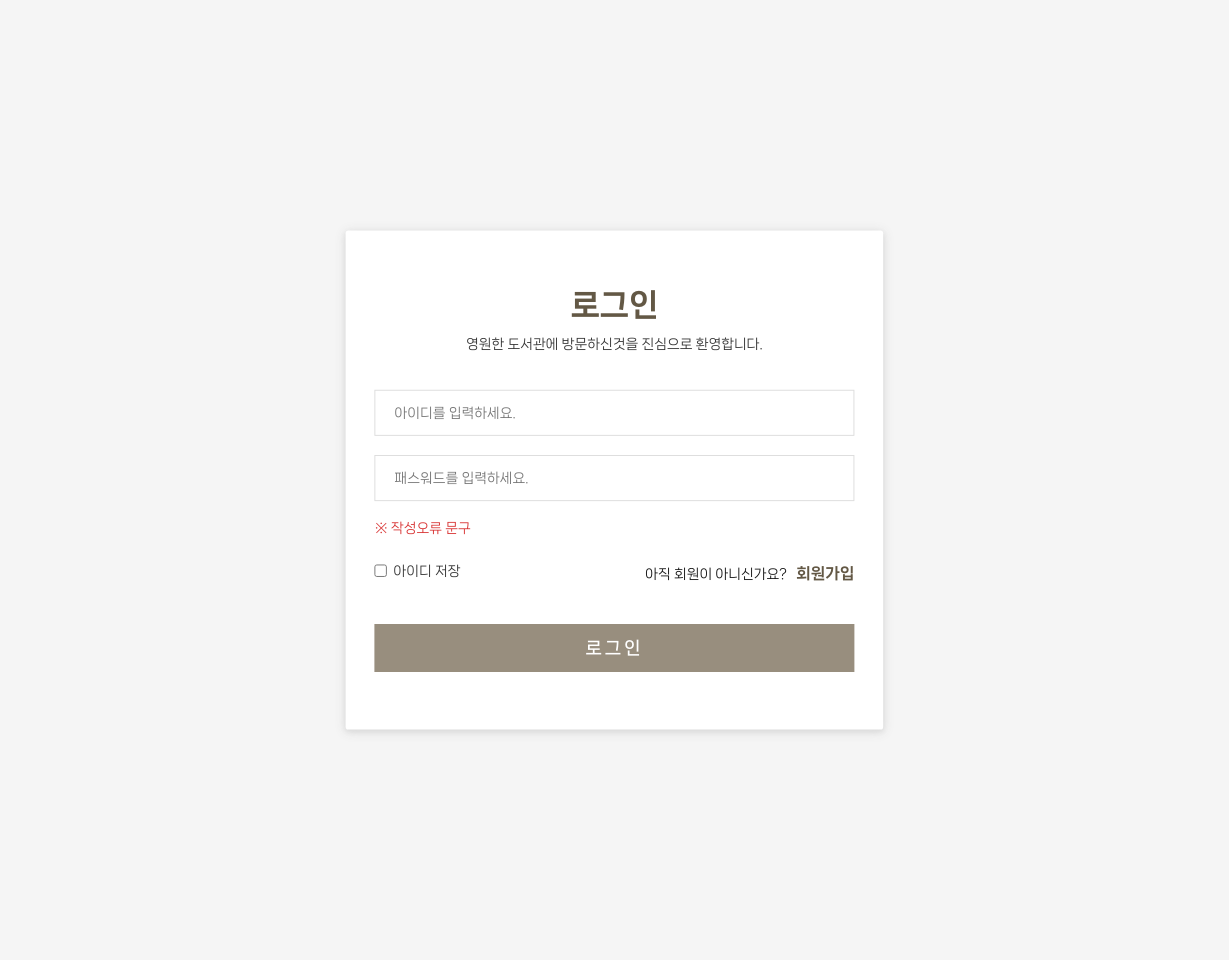
Repository: PacJ/spring_project
Page: http://localhost/spring_project/WEB-INF/views/user/login.jsp
An editor plug-in stored every save of this project. The page is shown before and after the next save, followed by the edit.
The browser window is 1280 px wide. The pictures show the whole page, at 96% of full size.
The page is served by Tomcat 9. Nobody is signed in. Other server files are loaded and not shown. The template is opened directly, without the code that normally fills it, so the values that code supplies are empty.

Above is the page before, as saved 2023-03-07 02:17:43.
Console error: SyntaxError: Invalid or unexpected token

### spring_project/src/main/webapp/WEB-INF/views/user/login.jsp
<%@ page language="java" contentType="text/html; charset=UTF-8"
    pageEncoding="UTF-8"%>
<!DOCTYPE html>
<head>
<meta charset="UTF-8">
<title>Insert title here</title>
<script  src="https://ajax.googleapis.com/ajax/libs/jquery/3.6.0/jquery.min.js"></script>
<script>
#({dto.user=null}) = event.stoppropogation

#({dto.userPw.matches=}) =
</script>
<!-- style -->
<link href="${pageContext.request.contextPath}/resources/css/sign.css"
    rel="stylesheet">
    <link href="${pageContext.request.contextPath}/resources/css/main.css"
    rel="stylesheet">
    <link href="${pageContext.request.contextPath}/resources/css/common.css"
    rel="stylesheet">
</head>
	<!-- 공통팝업 -->
    <section class="popup_back">
        <article class="popup">
            <p>팝업내용</p>
            <button>확인</button>
        </article>
    </section>
	 <!-- login -->

        <section class="sign_area">
            <article class="inner">
                <h2>로그인</h2>
                <p>영원한 도서관에 방문하신것을 진심으로 환영합니다.</p>
                <form class="login_form" action="login.do" method="post">
                    <input type="text" name="userId" placeholder="아이디를 입력하세요." />
                    <input type="password" name="userPw" placeholder="패스워드를 입력하세요." />
                    <p class="on">※ 작성오류 문구</p>
                    <div>
                        <input type="checkbox" id="save_id" value="">
                        <label for="save_id">&nbsp;&nbsp;아이디 저장</label>
                        <p>아직 회원이 아니신가요?<a href="#">회원가입</a></p>
                    </div>
                    <button type="submit">로그인</button>
                </form>
            </article>
        </section>

### spring_project/src/main/webapp/resources/css/sign.css
@charset "UTF-8";
/* sign area */
.sign_area {
  width: 100%;
  height: auto;
  min-height: 100%;
  box-sizing: border-box;
  padding: 240px 0;
  background-color: #f5f5f5;
}

.sign_area .inner {
  width: 560px;
  height: auto;
  padding: 60px 30px;
  overflow: hidden;
  box-sizing: border-box;
  background-color: #fff;
  margin: auto;
  box-shadow: 0 2px 12px 0 #dbdbdb, 0 2px 5px 0 #dbdbdb;
  border-radius: 3px;
}

.sign_area .inner > h2 {
  font-family: 'neo_eb';
  font-size: 32px;
  color: #635845;
  margin-bottom: 15px;
  text-align: center;
}

.sign_area .inner > p {
  font-size: 14px;
  color: #333;
  margin-bottom: 40px;
  text-align: center;
}

/* 로그인 */

.sign_area .inner .login_form > input {
  width: 100%;
  height: 48px;
  border: 1px solid #ddd;
  color: #666;
  box-sizing: border-box;
  padding: 5px 20px;
  font-size: 14px;
  margin-bottom: 20px;
}

.sign_area .inner .login_form > input:focus {
  outline: 2px solid #988e7e;
}

.sign_area .inner .login_form > p {
  font-size: 14px;
  color: #d83333;
  margin-bottom: 30px;
  display: none;
}

.sign_area .inner .login_form > p.on {
  display: block;
}

.sign_area .inner .login_form > div {
  width: 100%;
  height: auto;
  display: inline-block;
}

.sign_area .inner .login_form > div label {
  font-size: 14px;
  color: #333;
}

.sign_area .inner .login_form > div label,
.sign_area .inner .login_form > div input {
  float: left;
  user-select: none;
  cursor: pointer;
  line-height: 14px;
}

.sign_area .inner .login_form > div p {
  float: right;
  font-size: 14px;
}

.sign_area .inner .login_form > div p a {
  font-size: 16px;
  margin-left: 10px;
  color: #635845;
  font-family: 'neo_eb';
}

.sign_area .inner .login_form > button {
  width: 100%;
  margin-top: 40px;
  font-size: 18px;
  background-color: #988e7e;
  color: #fff;
  padding: 15px 0;
  font-family: 'neo_b';
  letter-spacing: 3px;
}

/* 회원가입 */

.sign_area .inner .signup_form ul li {
  width: 100%;
  height: auto;
  margin-bottom: 20px;
  display: inline-block;
}

.sign_area .inner .signup_form ul li > * {
  float: left;
}

.sign_area .inner .signup_form ul li h4 {
  font-family: 'neo_b';
  width: 100%;
  height: auto;
  font-size: 14px;
  font-weight: 700;
  color: #333;
  margin-bottom: 10px;
}

.sign_area .inner .signup_form ul li input {
  width: 100%;
  height: 48px;
  border: 1px solid #ddd;
  color: #666;
  box-sizing: border-box;
  padding: 5px 20px;
  font-size: 14px;
}

.sign_area .inner .signup_form ul li input:focus {
  outline: 2px solid #988e7e;
}

.sign_area .inner .signup_form ul li p {
  width: 100%;
  font-size: 14px;
  color: #d83333;
  display: none;
  margin-top: 10px;
}

.sign_area .inner .signup_form ul li p.on {
  display: block;
}

.sign_area .inner .signup_form ul .id_input input {
  width: calc(50% - 5px);
  margin-right: 10px;
}

.sign_area .inner .signup_form ul .id_input button {
  width: calc(50% - 5px);
  height: 48px;
  font-size: 16px;
  box-sizing: border-box;
  border: 2px solid #988e7e;
  background-color: #fff;
  color: #635845;
  font-family: 'neo_b';
}

.sign_area .inner .signup_form ul .id_input button:hover {
  background-color: #ebe6dd;
}

.sign_area .inner .signup_form ul .addr_input input {
  margin-bottom: 10px;
}

.sign_area .inner .signup_form ul .addr_input input:first-of-type {
  width: calc(50% - 5px);
  margin-right: 10px;
}

.sign_area .inner .signup_form ul .addr_input button {
  width: calc(50% - 5px);
  height: 48px;
  font-size: 16px;
  box-sizing: border-box;
  border: 2px solid #988e7e;
  background-color: #fff;
  color: #635845;
  font-family: 'neo_b';
}

.sign_area .inner .signup_form ul .addr_input button:hover {
  background-color: #ebe6dd;
}

.sign_area .inner .signup_form ul .addr_input input:read-only {
  background-color: #eee;
  cursor: no-drop;
}

.sign_area .inner .signup_form ul .sex_input button {
  width: 50%;
  height: 48px;
  border: 2px solid #635845;
  background-color: #fff;
  color: #635845;
  font-family: 'neo_b';
  font-size: 16px;
  text-align: center;
  box-sizing: border-box;
  line-height: 45px;
  letter-spacing: 3px;
}

.sign_area .inner .signup_form ul .sex_input button.active {
  background-color: #635845;
  color: #fff;
}

.sign_area .inner .signup_form ul .sex_input label:nth-of-type(1) {
  border-right: 1px solid #635845;
}

.sign_area .inner .signup_form ul .sex_input label:nth-of-type(2) {
  border-left: 1px solid #635845;
}

.sign_area .inner .signup_form > button {
  width: 100%;
  margin-top: 40px;
  font-size: 18px;
  background-color: #988e7e;
  color: #fff;
  padding: 15px 0;
  font-family: 'neo_b';
  letter-spacing: 3px;
}

@media (max-width: 700px) {
  /* sign area */
  .sign_area {
    width: 100%;
    height: auto;
    min-height: 100%;
    box-sizing: border-box;
    padding: 80px 15px;
    background-color: #f5f5f5;
  }

  .sign_area .inner {
    width: 100%;
    padding: 60px 15px;
  }

  .sign_area .inner > h2 {
    font-size: 24px;
  }

  .sign_area .inner > p {
    font-size: 11px;
    margin-bottom: 25px;
  }

  /* 로그인 */

  .sign_area .inner .login_form > input {
    height: 40px;
    margin-bottom: 15px;
  }

  .sign_area .inner .login_form > input:focus {
    outline: 2px solid #988e7e;
  }

  .sign_area .inner .login_form > p {
    font-size: 11px;
  }

  .sign_area .inner .login_form > div label {
    font-size: 11px;
  }

  .sign_area .inner .login_form > div label,
  .sign_area .inner .login_form > div input {
    line-height: 13px;
  }

  .sign_area .inner .login_form > div p {
    font-size: 11px;
  }

  .sign_area .inner .login_form > div p a {
    font-size: 11px;
  }

  .sign_area .inner .login_form > button {
    margin-top: 30px;
    font-size: 14px;
    padding: 10px 0;
  }

  /* 회원가입 */

  .sign_area .inner .signup_form ul li h4 {
    font-size: 13px;
  }

  .sign_area .inner .signup_form ul li input {
    height: 40px;
    padding: 5px 10px;
    font-size: 13px;
  }

  .sign_area .inner .signup_form ul li p {
    font-size: 11px;
  }

  .sign_area .inner .signup_form ul .id_input input {
    width: calc(50% - 5px);
    margin-right: 10px;
  }

  .sign_area .inner .signup_form ul .id_input button {
    height: 40px;
    font-size: 13px;
  }

  .sign_area .inner .signup_form ul .addr_input button {
    height: 40px;
    font-size: 13px;
  }

  .sign_area .inner .signup_form ul .sex_input button {
    height: 40px;
    font-size: 13px;
    line-height: 38px;
    letter-spacing: 3px;
  }

  .sign_area .inner .signup_form > button {
    margin-top: 40px;
    font-size: 14px;
    padding: 10px 0;
  }
}

### spring_project/src/main/webapp/resources/css/common.css
@charset "UTF-8";
/* font list */
@font-face {
  font-family: 'neo_l';
  font-display: auto;
  font-weight: 400;
  src: url('../assets/font/NanumSquareNeoOTF-aLt.otf') format('OpenType');
}
@font-face {
  font-family: 'neo_r';
  font-display: auto;
  font-weight: 500;
  src: url('../../assets/font/NanumSquareNeoOTF-bRg.otf') format('OpenType');
}
@font-face {
  font-family: 'neo_b';
  font-display: auto;
  font-weight: 600;
  src: url('../../assets/font/NanumSquareNeoOTF-cBd.otf') format('OpenType');
}
@font-face {
  font-family: 'neo_eb';
  font-display: auto;
  font-weight: 700;
  src: url('../../assets/font/NanumSquareNeoOTF-dEb.otf') format('OpenType');
}
@font-face {
  font-family: 'neo_hb';
  font-display: auto;
  font-weight: 800;
  src: url('../../assets/font/NanumSquareNeoOTF-eHv.otf') format('OpenType');
}

/* css reset */
* {
  margin: 0;
  padding: 0;
  font-family: 'neo_r';
  font-size: 16px;
  color: #141414;
  transition: 0.3s;
}

html,
body {
  width: 100%;
  height: auto;

  background-color: #ffffff;
}

a,
a:link,
a:hover,
a:active,
a:visited {
  color: #141414;
  text-decoration: none;
  cursor: pointer;
}

ul,
ul li {
  list-style: none;
}

button,
button:focus {
  border: 0;
  background-color: #ffffff;
  outline: 0;
  cursor: pointer;
}

.wrap {
  position: relative;
  width: 100%;
  height: auto;
  min-width: 1600px;
  min-height: calc(100% - 120px);
}

/* mob menu ani */
.menu-trigger {
  display: none;
}

/* pc 로그인_회원가입 영역 */
.sign_area_pc {
  width: 100%;
  height: auto;
  background-color: #dddddd;
}

.sign_area_pc p {
  width: 1400px;
  height: auto;
  font-family: 'neo_r';
  font-size: 16px;
  color: #666666;
  text-align: right;
  padding: 12px 0 12px 0;
  margin: 0 auto;
}

.sign_area_pc p span {
  font-family: 'neo_r';
  font-size: 14px;
  color: #666666;
  text-align: right;
  margin: 0 20px 0 20px;
}

.sign_area_pc p a {
  font-family: 'neo_r';
  font-size: 16px;
  color: #666666;
  text-align: right;
}

.sign_area_mob {
  display: none;
}

/* pc nav */
.nav_area {
  position: sticky;
  top: 0px;
  width: 100%;
  height: 80px;
  background-color: #ffffff;
  z-index: 1000;
  box-shadow: 0 8px 8px -4px #00000022;
}

.nav_area .inner {
  width: 1400px;
  height: 80px;
  margin: 0 auto;
  clear: both;
}

.nav_area .inner > a {
  height: 80px;
  display: inline-block;
}

.nav_area .inner > a .logo {
  height: 80px;
}

.nav_area .inner ul {
  float: right;
}

.nav_area .inner ul li {
  float: left;
  margin-left: 80px;
}

.nav_area .inner ul li > a {
  height: 80px;
  line-height: 80px;
  font-family: 'neo_b';
  font-size: 18px;
  color: #666666;
  text-align: right;
}

.nav_area .inner ul li > a:hover,
.nav_area .inner ul li > a.active {
  font-family: 'neo_eb';
  color: #141414;
}

.sign_area_mob {
  display: none;
}

/* footer */
.footer_area {
  width: 100%;
  height: auto;
  background-color: #dddddd;
  padding: 60px 0 40px 0;
}

.footer_area .inner {
  width: 1400px;
  height: auto;
  margin: 0 auto;
}

.footer_area .inner p,
.footer_area .inner p span {
  font-family: 'neo_r';
  font-size: 18px;
  color: #666666;
  margin-bottom: 20px;
}

.footer_area .inner p span {
  margin-left: 20px;
}

.footer_area .inner p br {
  display: none;
}

/* popup */

.popup_back {
  position: fixed;
  top: 0;
  left: 0;
  z-index: 3000;
  background-color: #00000055;
  width: 100%;
  height: 100%;
  display: none;
}

.popup_back.on {
  display: block;
}

.popup_back .popup {
  position: absolute;
  top: 50%;
  left: 50%;
  width: 500px;
  height: 250px;
  box-sizing: border-box;
  margin-top: -125px;
  margin-left: -250px;
  background-color: #fff;
  padding: 20px;
}

.popup_back .popup p {
  color: #141414;
  font-size: 18px;
  font-family: 'neo_b';
  width: 100%;
  height: 150px;
  text-align: center;
  line-height: 150px;
}

.popup_back .popup button {
  width: 100%;
  height: 60px;
  background-color: #988e7e;
  color: #fff;
  font-size: 18px;
  font-family: 'neo_eb';
}

/* 서브페이지 템플릿 */

.subpage_wrap {
  width: 100%;
  height: auto;
  min-height: 1000px;
  background-color: #ffdada;
  padding: 80px 0 80px 0;
}

.subpage_wrap .inner {
  width: 1000px;
  height: auto;
  margin: 0 auto;
}

.subpage_wrap .inner h2 {
  font-size: 34px;
  font-family: 'neo_eb';
  color: #635845;
  margin-bottom: 40px;
  text-align: center;
}

.subpage_wrap .inner .contents {
  width: 100%;
  height: auto;
  background-color: #ffffff;
}

@media (max-width: 700px) {
  .wrap {
    min-width: 0;
  }

  /* pc 로그인_회원가입 영역 none */
  .sign_area_pc {
    display: none;
  }

  .sign_area_mob {
    display: block;
  }

  /* mob nav */
  .nav_area {
    height: 60px;
  }

  .nav_area .inner {
    width: 100%;
    height: 60px;
  }

  .nav_area .inner > * {
    float: left;
  }

  .nav_area .inner > a {
    height: 60px;
    display: block;
    margin-left: 15px;
  }

  .nav_area .inner > a .logo {
    height: 60px;
  }

  .nav_area .inner ul {
    width: 100%;
    height: 0;
    float: none;
    position: absolute;
    top: 60px;
    background-color: #988e7e;
    border-radius: 0 0 20px 20px;
    overflow: hidden;
  }

  .nav_area .inner ul.active {
    height: 348px;
    box-shadow: 0 8px 8px -2px #00000033;
  }

  .nav_area .inner ul li {
    float: none;
    margin: 0;
    text-align: center;
    background-color: #eeeeee;
  }

  .nav_area .inner ul li > a {
    height: 60px;
    line-height: 60px;
    font-size: 16px;
    color: #666666;
    text-align: center;
  }

  .nav_area .inner ul li > a:hover {
    font-family: 'neo_eb';
    color: #141414;
  }

  .nav_area .inner ul li:nth-of-type(5) {
    border-radius: 0 0 20px 20px;
  }

  .sign_area_mob {
    display: block;
  }

  .nav_area .inner ul .sign_area_mob {
    height: auto;
    padding: 15px 0 15px 0;
    background-color: #988e7e;
    border-radius: 0 0 20px 20px;
  }

  .nav_area .inner ul .sign_area_mob > p {
    text-align: center;
    font-size: 14px;
    color: #fff;
    line-height: 18px;
  }

  .nav_area .inner ul .sign_area_mob a {
    display: inline-block;
    font-size: 14px;
    color: #fff;
  }

  .nav_area .inner ul .sign_area_mob span {
    margin: 0 20px 0 20px;
    font-size: 13px;
    color: #fff;
  }

  /* menu ani */
  .menu-trigger {
    margin: 15px 20px;
    float: right !important;
  }

  .menu-trigger,
  .menu-trigger span {
    display: inline-block;
    transition: all 0.4s;
    box-sizing: border-box;
  }

  .menu-trigger {
    position: relative;
    width: 34px;
    height: 30px;
    display: block;
  }

  .menu-trigger span {
    position: absolute;
    left: 0;
    width: 100%;
    height: 4px;
    background-color: #988e7e;
    border-radius: 2px;
  }

  .menu-trigger span:nth-of-type(1) {
    top: 0;
  }

  .menu-trigger span:nth-of-type(2) {
    top: 13px;
  }

  .menu-trigger span:nth-of-type(3) {
    bottom: 0;
  }

  .menu-trigger.active span:nth-of-type(1) {
    -webkit-transform: translateY (14px) rotate (-45deg);
    transform: translateY(14px) rotate(-45deg);
  }

  .menu-trigger.active span:nth-of-type(2) {
    opacity: 0;
  }

  .menu-trigger.active span:nth-of-type(3) {
    -webkit-transform: translateY(-12px) rotate(45deg);
    transform: translateY(-12px) rotate(45deg);
  }

  /* footer */
  .footer_area {
    width: calc(100% - 40px);
    padding: 40px 20px 20px 20px;
  }

  .footer_area .inner {
    width: 100%;
  }

  .footer_area .inner p,
  .footer_area .inner p span {
    line-height: 25px;
    text-align: center;
    font-size: 11px;
    margin-bottom: 15px;
  }

  .footer_area .inner p span {
    margin-left: 20px;
  }

  .footer_area .inner p br {
    display: block;
  }

  .footer_area .inner p span:first-of-type {
    margin-left: 0;
  }

  /* popup */

  .popup_back .popup {
    position: absolute;
    top: 30%;
    left: 0;
    width: calc(100% - 30px);
    height: auto;
    margin-top: 0;
    margin-left: 0;
    padding: 20px;
    margin: 15px;
  }

  .popup_back .popup p {
    height: auto;
    font-size: 14px;
    line-height: 25px;
    padding: 40px 0;
  }

  .popup_back .popup button {
    height: 40px;
    font-size: 14px;
  }

  /* 서브페이지 템플릿 */

  .subpage_wrap {
    min-height: 0;
    padding: 60px 15px;
    box-sizing: border-box;
  }

  .subpage_wrap .inner {
    width: 100%;
  }

  .subpage_wrap .inner h2 {
    font-size: 21px;
    margin-bottom: 30px;
  }
}

Loaded but not shown: spring_project/src/main/webapp/resources/css/main.css (737 lines, source omitted)

After the next save:
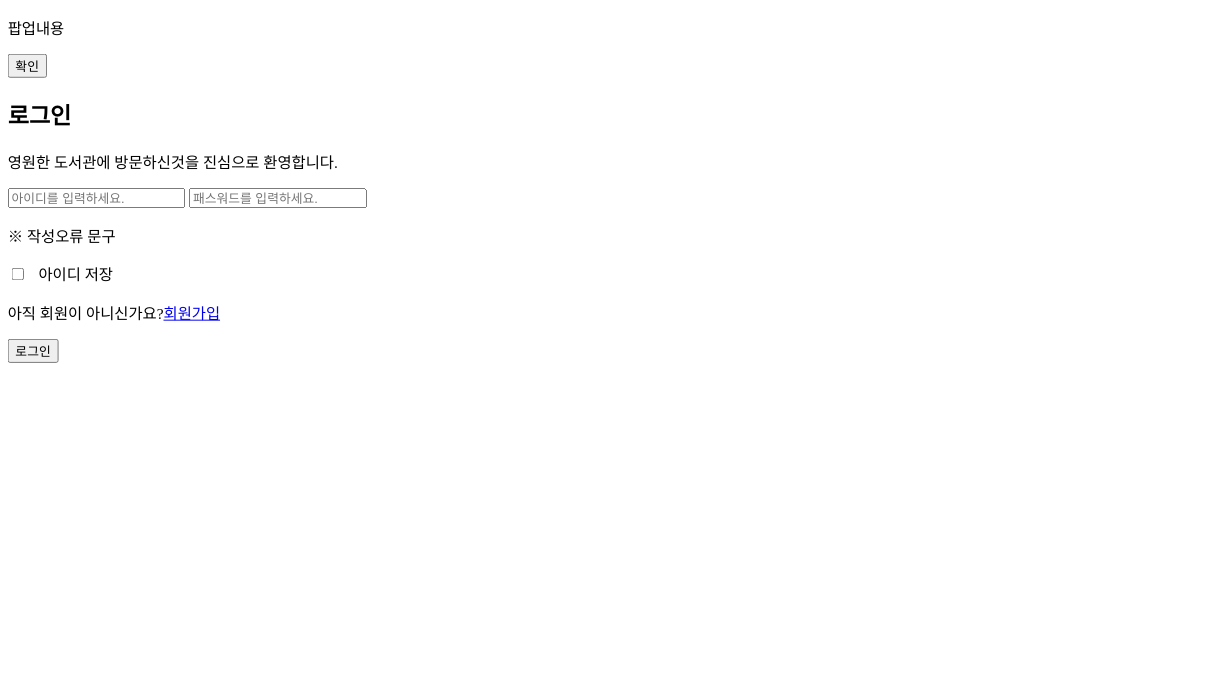
Saved 82 s later.
--- a/spring_project/src/main/webapp/WEB-INF/views/user/login.jsp
+++ b/spring_project/src/main/webapp/WEB-INF/views/user/login.jsp
@@ -11,12 +11,6 @@
 #({dto.userPw.matches=}) =
 </script>
 <!-- style -->
-<link href="${pageContext.request.contextPath}/resources/css/sign.css"
-    rel="stylesheet">
-    <link href="${pageContext.request.contextPath}/resources/css/main.css"
-    rel="stylesheet">
-    <link href="${pageContext.request.contextPath}/resources/css/common.css"
-    rel="stylesheet">
 </head>
 	<!-- 공통팝업 -->
     <section class="popup_back">
